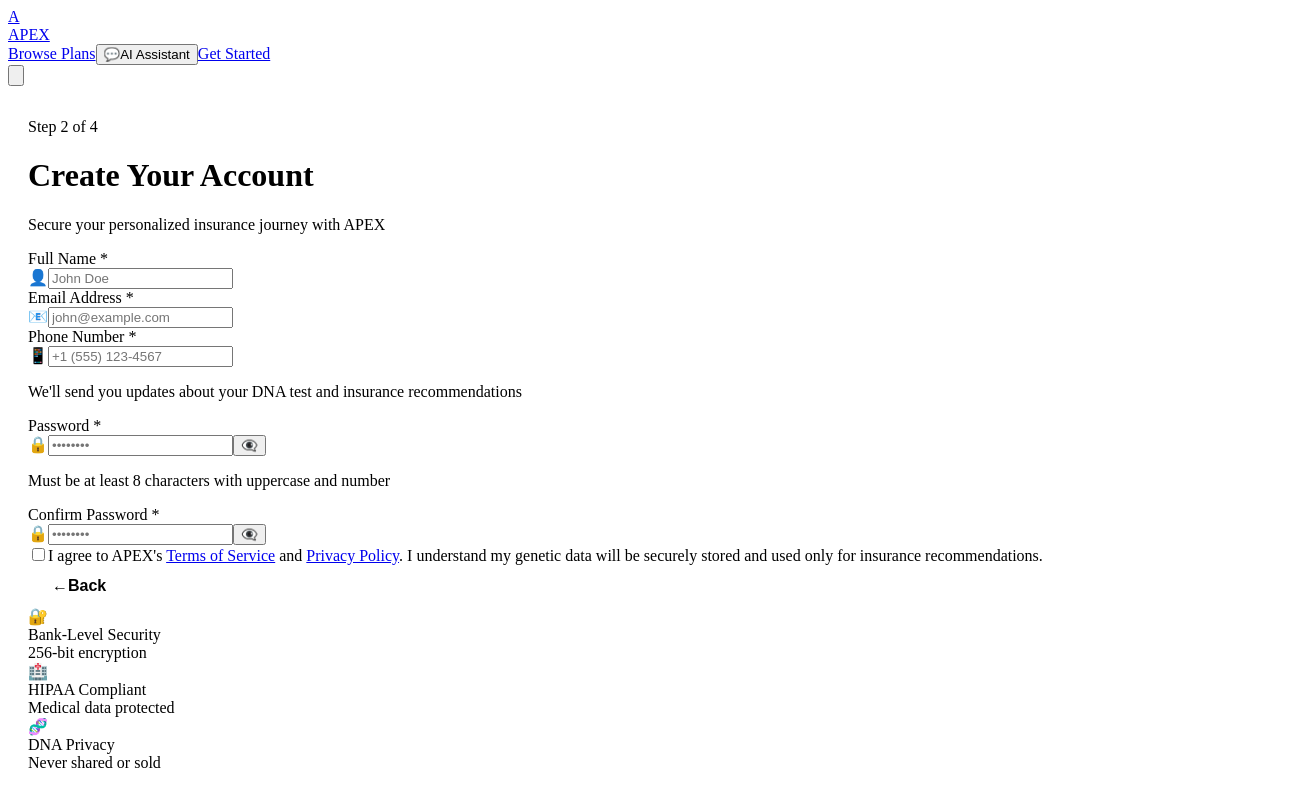
Repository: hmhhmm/Apex-AI-Driven-Insurance-Recommendation-System
Page: /onboarding/account (app in client/)
These files come from the project's save history. The page is drawn as it stood at one moment and after the next save; the edit follows.
The browser window is 1280 px wide. The page is 1312 px wide, so the pictures cover 1312 px, including what lies to the right of the window. The pictures show the whole page.
The project was rebuilt for these pictures with package versions that can differ from the ones it lists, and the page was loaded fresh each time. Also part of the build but not shown: client/src/components/chat/ChatHeader.tsx, client/src/components/chat/ChatMessages.tsx, client/src/components/chat/QuickActions.tsx, client/src/components/chat/ChatInput.tsx, client/src/components/landing/ParticleBackground.tsx, client/src/components/landing/AnimatedHero.tsx, client/src/components/landing/DashboardCard.tsx, client/src/pages/Landing.tsx and 11 more.

Above is the page before, as saved 2025-11-01 21:06:50.

### client/index.html
<!DOCTYPE html>
<html lang="en">
  <head>
    <meta charset="UTF-8" />
    <meta name="viewport" content="width=device-width, initial-scale=1.0" />
    <title>APEX</title>
  </head>
  <body>
    <div id="root"></div>
    <script type="module" src="/src/main.tsx"></script>
  </body>
</html>

### client/src/main.tsx
import React from 'react'
import { createRoot } from 'react-dom/client'
import App from './App'
import './styles.css'

const container = document.getElementById('root')!
const root = createRoot(container)
root.render(
  <React.StrictMode>
    <App />
  </React.StrictMode>
)

### client/src/store/authStore.ts
import { create } from 'zustand'
import { persist } from 'zustand/middleware'

interface User {
  id: string
  email: string
  name: string
  hasPurchased: boolean
  activePlans?: any[]
}

interface AuthState {
  user: User | null
  isAuthenticated: boolean
  login: (email: string, password: string) => Promise<void>
  signup: (email: string, password: string, name: string) => Promise<void>
  logout: () => void
}

export const useAuthStore = create<AuthState>()(
  persist(
    (set) => ({
      user: null,
      isAuthenticated: false,

      login: async (email, password) => {
        // Mock login - replace with real API call
        await new Promise(resolve => setTimeout(resolve, 1000))

        const mockUser: User = {
          id: '1',
          email,
          name: email.split('@')[0],
          hasPurchased: false,
        }

        set({ user: mockUser, isAuthenticated: true })
      },

      signup: async (email, password, name) => {
        // Mock signup - replace with real API call
        await new Promise(resolve => setTimeout(resolve, 1000))

        const mockUser: User = {
          id: Math.random().toString(36).substr(2, 9),
          email,
          name,
          hasPurchased: false,
        }

        set({ user: mockUser, isAuthenticated: true })
      },

      logout: () => {
        set({ user: null, isAuthenticated: false })
      },
    }),
    {
      name: 'apex-auth',
    }
  )
)

### client/src/hooks/useChatPanel.ts
import { useEffect } from 'react'
import { useLocation } from 'react-router-dom'
import { useChatPanelStore } from '../store/chatPanelStore'

export const useChatPanel = () => {
  const location = useLocation()
  const {
    isOpen,
    messages,
    isTyping,
    openChat,
    closeChat,
    toggleChat,
    sendMessage,
    setContext,
    markAsRead
  } = useChatPanelStore()

  // Update context when route changes
  useEffect(() => {
    setContext(location.pathname)
  }, [location.pathname, setContext])

  // Get unread message count
  const unreadCount = messages.filter(m => !m.read && m.type === 'bot').length

  return {
    isOpen,
    messages,
    isTyping,
    unreadCount,
    openChat,
    closeChat,
    toggleChat,
    sendMessage,
    markAsRead,
    currentPage: location.pathname,
  }
}

### client/src/hooks/useKeyboardShortcut.ts
import { useEffect } from 'react'

interface KeyboardShortcutOptions {
  key: string
  ctrlKey?: boolean
  metaKey?: boolean
  shiftKey?: boolean
  altKey?: boolean
  callback: () => void
}

export const useKeyboardShortcut = ({
  key,
  ctrlKey = false,
  metaKey = false,
  shiftKey = false,
  altKey = false,
  callback,
}: KeyboardShortcutOptions) => {
  useEffect(() => {
    const handleKeyDown = (event: KeyboardEvent) => {
      // Check if all modifier keys match
      const ctrlMatch = ctrlKey ? event.ctrlKey : !event.ctrlKey
      const metaMatch = metaKey ? event.metaKey : !event.metaKey
      const shiftMatch = shiftKey ? event.shiftKey : !event.shiftKey
      const altMatch = altKey ? event.altKey : !event.altKey

      // Check if key matches (case-insensitive)
      const keyMatch = event.key.toLowerCase() === key.toLowerCase()

      if (keyMatch && ctrlMatch && metaMatch && shiftMatch && altMatch) {
        event.preventDefault()
        callback()
      }
    }

    window.addEventListener('keydown', handleKeyDown)
    return () => window.removeEventListener('keydown', handleKeyDown)
  }, [key, ctrlKey, metaKey, shiftKey, altKey, callback])
}

// Specific hook for chat toggle (Cmd/Ctrl + K)
export const useChatToggleShortcut = (callback: () => void) => {
  useKeyboardShortcut({
    key: 'k',
    ctrlKey: true,
    metaKey: true, // Works for both Ctrl (Windows) and Cmd (Mac)
    callback,
  })
}

// Specific hook for closing chat (Escape)
export const useEscapeKey = (callback: () => void) => {
  useKeyboardShortcut({
    key: 'Escape',
    callback,
  })
}

### client/src/components/chat/ChatPanel.tsx
import { motion, AnimatePresence } from 'framer-motion'
import { useChatPanel } from '../../hooks/useChatPanel'
import { useEscapeKey } from '../../hooks/useKeyboardShortcut'
import ChatHeader from './ChatHeader'
import ChatMessages from './ChatMessages'
import QuickActions from './QuickActions'
import ChatInput from './ChatInput'

const ChatPanel = () => {
  const { isOpen, closeChat } = useChatPanel()

  // Close chat on Escape key
  useEscapeKey(closeChat)

  return (
    <AnimatePresence>
      {isOpen && (
        <>
          {/* Optional backdrop for focus - uncomment if desired */}
          {/* <motion.div
            initial={{ opacity: 0 }}
            animate={{ opacity: 1 }}
            exit={{ opacity: 0 }}
            onClick={closeChat}
            className="fixed inset-0 bg-black/20 z-30"
          /> */}

          {/* Chat Panel - Desktop */}
          <motion.aside
            initial={{ x: '100%' }}
            animate={{ x: 0 }}
            exit={{ x: '100%' }}
            transition={{
              type: 'spring',
              damping: 30,
              stiffness: 300,
              mass: 0.8
            }}
            className="hidden md:flex fixed right-0 top-16 h-[calc(100vh-4rem)] w-[25%] min-w-[300px] max-w-[500px] bg-zinc-950 border-l border-zinc-800 shadow-2xl shadow-black/50 z-40 flex-col"
          >
            <ChatHeader />
            <ChatMessages />
            <QuickActions />
            <ChatInput />
          </motion.aside>

          {/* Chat Panel - Mobile (Full Screen Overlay) */}
          <motion.div
            initial={{ y: '100%' }}
            animate={{ y: 0 }}
            exit={{ y: '100%' }}
            transition={{
              type: 'spring',
              damping: 30,
              stiffness: 300
            }}
            className="md:hidden fixed inset-0 top-16 bg-zinc-950 z-40 flex flex-col"
          >
            <ChatHeader />
            <ChatMessages />
            <QuickActions />
            <ChatInput />
          </motion.div>
        </>
      )}
    </AnimatePresence>
  )
}

export default ChatPanel

### client/src/pages/onboarding/AccountCreation.tsx
import { useState } from 'react'
import { useForm } from 'react-hook-form'
import { zodResolver } from '@hookform/resolvers/zod'
import { z } from 'zod'
import { motion } from 'framer-motion'
import { useOnboardingStore, type AccountCreationData } from '../../store/onboardingStore'
import { useNavigate } from 'react-router-dom'

// Validation schema
const accountSchema = z.object({
  fullName: z.string().min(3, 'Full name must be at least 3 characters'),
  email: z.string().email('Please enter a valid email address'),
  phone: z.string().regex(/^\+?[\d\s\-()]+$/, 'Please enter a valid phone number'),
  password: z.string().min(8, 'Password must be at least 8 characters')
    .regex(/[A-Z]/, 'Password must contain at least one uppercase letter')
    .regex(/[0-9]/, 'Password must contain at least one number'),
  confirmPassword: z.string(),
  agreeToTerms: z.boolean().refine(val => val === true, 'You must agree to the terms and conditions')
}).refine((data) => data.password === data.confirmPassword, {
  message: "Passwords don't match",
  path: ['confirmPassword']
})

type FormData = z.infer<typeof accountSchema>

export default function AccountCreation() {
  const navigate = useNavigate()
  const { saveAccountCreation, setCurrentStep, goToPreviousStep } = useOnboardingStore()
  const [showPassword, setShowPassword] = useState(false)
  const [showConfirmPassword, setShowConfirmPassword] = useState(false)

  const {
    register,
    handleSubmit,
    formState: { errors, isSubmitting }
  } = useForm<FormData>({
    resolver: zodResolver(accountSchema)
  })

  const onSubmit = async (data: FormData) => {
    // Simulate account creation
    await new Promise(resolve => setTimeout(resolve, 1000))

    const { confirmPassword, ...accountData } = data
    saveAccountCreation(accountData as AccountCreationData)
    setCurrentStep('dna-test-option')
    navigate('/onboarding/dna-test')
  }

  const handleBack = () => {
    goToPreviousStep()
    navigate('/onboarding/quick-assessment')
  }

  return (
    <div className="min-h-screen py-12 relative overflow-hidden">
      {/* Enhanced Background */}
      <div className="fixed inset-0 -z-10">
        <div className="absolute inset-0 bg-gradient-to-br from-[#0a0a0a] via-[#1a1a2e] to-[#0a0a0a]" />
        <motion.div
          className="absolute top-0 -left-1/4 w-1/2 h-1/2 bg-purple-500/20 rounded-full blur-[120px]"
          animate={{ scale: [1, 1.2, 1], opacity: [0.3, 0.5, 0.3] }}
          transition={{ duration: 8, repeat: Infinity, ease: "easeInOut" }}
        />
        <motion.div
          className="absolute top-1/4 -right-1/4 w-1/2 h-1/2 bg-blue-500/20 rounded-full blur-[120px]"
          animate={{ scale: [1.2, 1, 1.2], opacity: [0.4, 0.6, 0.4] }}
          transition={{ duration: 10, repeat: Infinity, ease: "easeInOut" }}
        />
        <div className="absolute inset-0 bg-[linear-gradient(rgba(255,255,255,0.02)_1px,transparent_1px),linear-gradient(90deg,rgba(255,255,255,0.02)_1px,transparent_1px)] bg-[size:100px_100px] [mask-image:radial-gradient(ellipse_80%_50%_at_50%_50%,black,transparent)]" />
      </div>

      <div className="max-w-2xl mx-auto px-4 sm:px-6 lg:px-8 relative z-10">

        {/* Header */}
        <motion.div
          initial={{ opacity: 0, y: 20 }}
          animate={{ opacity: 1, y: 0 }}
          className="text-center mb-12"
        >
          <motion.div
            initial={{ scale: 0 }}
            animate={{ scale: 1 }}
            transition={{ type: "spring", stiffness: 100, delay: 0.2 }}
            className="inline-block mb-6"
          >
            <div className="px-4 py-2 bg-blue-500/10 text-blue-400 rounded-full text-sm font-semibold border border-blue-500/20 backdrop-blur-xl">
              Step 2 of 4
            </div>
          </motion.div>
          <h1 className="text-4xl md:text-6xl font-light mb-4">
            Create Your <span className="font-normal bg-gradient-to-r from-blue-400 to-purple-400 bg-clip-text text-transparent">Account</span>
          </h1>
          <p className="text-xl text-gray-400 max-w-2xl mx-auto">
            Secure your personalized insurance journey with APEX
          </p>

          {/* Progress Bar */}
          <div className="mt-8 w-full bg-zinc-900 rounded-full h-2">
            <div className="bg-gradient-to-r from-blue-600 to-purple-600 h-2 rounded-full transition-all duration-500" style={{ width: '50%' }}></div>
          </div>
        </motion.div>

        {/* Form */}
        <motion.form
          initial={{ opacity: 0, y: 20 }}
          animate={{ opacity: 1, y: 0 }}
          transition={{ delay: 0.2 }}
          onSubmit={handleSubmit(onSubmit)}
          className="card space-y-6"
        >
          {/* Full Name */}
          <div>
            <label className="block text-sm font-medium text-gray-300 mb-2">
              Full Name <span className="text-red-500">*</span>
            </label>
            <div className="relative">
              <span className="absolute left-4 top-1/2 -translate-y-1/2 text-gray-500 text-xl">
                👤
              </span>
              <input
                type="text"
                {...register('fullName')}
                className="w-full pl-12 pr-4 py-3 bg-zinc-900 border border-zinc-800 rounded-lg focus:ring-2 focus:ring-blue-500 focus:border-transparent text-white placeholder-gray-500"
                placeholder="John Doe"
              />
            </div>
            {errors.fullName && (
              <p className="mt-1 text-sm text-red-500">{errors.fullName.message}</p>
            )}
          </div>

          {/* Email */}
          <div>
            <label className="block text-sm font-medium text-gray-300 mb-2">
              Email Address <span className="text-red-500">*</span>
            </label>
            <div className="relative">
              <span className="absolute left-4 top-1/2 -translate-y-1/2 text-gray-500 text-xl">
                📧
              </span>
              <input
                type="email"
                {...register('email')}
                className="w-full pl-12 pr-4 py-3 bg-zinc-900 border border-zinc-800 rounded-lg focus:ring-2 focus:ring-blue-500 focus:border-transparent text-white placeholder-gray-500"
                placeholder="john@example.com"
              />
            </div>
            {errors.email && (
              <p className="mt-1 text-sm text-red-500">{errors.email.message}</p>
            )}
          </div>

          {/* Phone */}
          <div>
            <label className="block text-sm font-medium text-gray-300 mb-2">
              Phone Number <span className="text-red-500">*</span>
            </label>
            <div className="relative">
              <span className="absolute left-4 top-1/2 -translate-y-1/2 text-gray-500 text-xl">
                📱
              </span>
              <input
                type="tel"
                {...register('phone')}
                className="w-full pl-12 pr-4 py-3 bg-zinc-900 border border-zinc-800 rounded-lg focus:ring-2 focus:ring-blue-500 focus:border-transparent text-white placeholder-gray-500"
                placeholder="+1 (555) 123-4567"
              />
            </div>
            {errors.phone && (
              <p className="mt-1 text-sm text-red-500">{errors.phone.message}</p>
            )}
            <p className="mt-1 text-xs text-gray-500">We'll send you updates about your DNA test and insurance recommendations</p>
          </div>

          {/* Password */}
          <div>
            <label className="block text-sm font-medium text-gray-300 mb-2">
              Password <span className="text-red-500">*</span>
            </label>
            <div className="relative">
              <span className="absolute left-4 top-1/2 -translate-y-1/2 text-gray-500 text-xl">
                🔒
              </span>
              <input
                type={showPassword ? 'text' : 'password'}
                {...register('password')}
                className="w-full pl-12 pr-12 py-3 bg-zinc-900 border border-zinc-800 rounded-lg focus:ring-2 focus:ring-blue-500 focus:border-transparent text-white placeholder-gray-500"
                placeholder="••••••••"
              />
              <button
                type="button"
                onClick={() => setShowPassword(!showPassword)}
                className="absolute right-4 top-1/2 -translate-y-1/2 text-gray-500 hover:text-gray-300"
              >
                {showPassword ? '👁️' : '👁️‍🗨️'}
              </button>
            </div>
            {errors.password && (
              <p className="mt-1 text-sm text-red-500">{errors.password.message}</p>
            )}
            <p className="mt-1 text-xs text-gray-500">Must be at least 8 characters with uppercase and number</p>
          </div>

          {/* Confirm Password */}
          <div>
            <label className="block text-sm font-medium text-gray-300 mb-2">
              Confirm Password <span className="text-red-500">*</span>
            </label>
            <div className="relative">
              <span className="absolute left-4 top-1/2 -translate-y-1/2 text-gray-500 text-xl">
                🔒
              </span>
              <input
                type={showConfirmPassword ? 'text' : 'password'}
                {...register('confirmPassword')}
                className="w-full pl-12 pr-12 py-3 bg-zinc-900 border border-zinc-800 rounded-lg focus:ring-2 focus:ring-blue-500 focus:border-transparent text-white placeholder-gray-500"
                placeholder="••••••••"
              />
              <button
                type="button"
                onClick={() => setShowConfirmPassword(!showConfirmPassword)}
                className="absolute right-4 top-1/2 -translate-y-1/2 text-gray-500 hover:text-gray-300"
              >
                {showConfirmPassword ? '👁️' : '👁️‍🗨️'}
              </button>
            </div>
            {errors.confirmPassword && (
              <p className="mt-1 text-sm text-red-500">{errors.confirmPassword.message}</p>
            )}
          </div>

          {/* Terms and Conditions */}
          <div className="pt-4 border-t border-zinc-800">
            <label className="flex items-start gap-3 cursor-pointer group">
              <input
                type="checkbox"
                {...register('agreeToTerms')}
                className="mt-1 w-5 h-5 rounded border-zinc-700 bg-zinc-900 text-blue-600 focus:ring-2 focus:ring-blue-500"
              />
              <span className="text-sm text-gray-400 group-hover:text-gray-300">
                I agree to APEX's{' '}
                <a href="/terms" className="text-blue-400 hover:text-blue-300 underline">
                  Terms of Service
                </a>{' '}
                and{' '}
                <a href="/privacy" className="text-blue-400 hover:text-blue-300 underline">
                  Privacy Policy
                </a>
                . I understand my genetic data will be securely stored and used only for insurance recommendations.
              </span>
            </label>
            {errors.agreeToTerms && (
              <p className="mt-2 text-sm text-red-500">{errors.agreeToTerms.message}</p>
            )}
          </div>

          {/* Action Buttons */}
          <div className="flex justify-between items-center pt-6 border-t border-zinc-800">
            <button
              type="button"
              onClick={handleBack}
              className="btn-secondary flex items-center gap-2"
            >
              <span>←</span>
              Back
            </button>

            <button
              type="submit"
              disabled={isSubmitting}
              className="btn-primary flex items-center gap-2 disabled:opacity-50 disabled:cursor-not-allowed"
            >
              {isSubmitting ? (
                <>
                  <span className="inline-block animate-spin">⚙️</span>
                  Creating Account...
                </>
              ) : (
                <>
                  Create Account
                  <span>→</span>
                </>
              )}
            </button>
          </div>
        </motion.form>

        {/* Security Features */}
        <motion.div
          initial={{ opacity: 0 }}
          animate={{ opacity: 1 }}
          transition={{ delay: 0.4 }}
          className="mt-8 grid md:grid-cols-3 gap-4"
        >
          <div className="bg-zinc-950 border border-zinc-800/50 rounded-xl p-4 text-center">
            <div className="text-2xl mb-2">🔐</div>
            <div className="text-xs font-semibold text-gray-300 mb-1">Bank-Level Security</div>
            <div className="text-xs text-gray-500">256-bit encryption</div>
          </div>
          <div className="bg-zinc-950 border border-zinc-800/50 rounded-xl p-4 text-center">
            <div className="text-2xl mb-2">🏥</div>
            <div className="text-xs font-semibold text-gray-300 mb-1">HIPAA Compliant</div>
            <div className="text-xs text-gray-500">Medical data protected</div>
          </div>
          <div className="bg-zinc-950 border border-zinc-800/50 rounded-xl p-4 text-center">
            <div className="text-2xl mb-2">🧬</div>
            <div className="text-xs font-semibold text-gray-300 mb-1">DNA Privacy</div>
            <div className="text-xs text-gray-500">Never shared or sold</div>
          </div>
        </motion.div>
      </div>
    </div>
  )
}

### client/src/components/chat/ChatToggleButton.tsx
import { useChatPanel } from '../../hooks/useChatPanel'

const ChatToggleButton = () => {
  const { isOpen, toggleChat, unreadCount } = useChatPanel()

  return (
    <button
      onClick={toggleChat}
      className="relative flex items-center gap-2 px-4 py-2 bg-gradient-to-r from-blue-600 to-purple-600 text-white rounded-lg hover:shadow-lg hover:shadow-blue-500/50 transition-all duration-300"
      title="Toggle AI Assistant (Cmd/Ctrl + K)"
    >
      <span className="text-xl">💬</span>
      <span className="hidden sm:inline font-medium">AI Assistant</span>

      {!isOpen && unreadCount > 0 && (
        <span className="absolute -top-1 -right-1 w-5 h-5 bg-red-500 rounded-full text-xs flex items-center justify-center font-bold animate-pulse">
          {unreadCount}
        </span>
      )}
    </button>
  )
}

export default ChatToggleButton

Loaded but not shown: client/src/styles.css (704 lines, source omitted); client/src/components/layout/Navigation.tsx (172 lines, source omitted); client/src/store/chatPanelStore.ts (182 lines, source omitted); client/src/store/onboardingStore.ts (172 lines, source omitted); client/src/App.tsx (89 lines, source omitted)

After the next save:
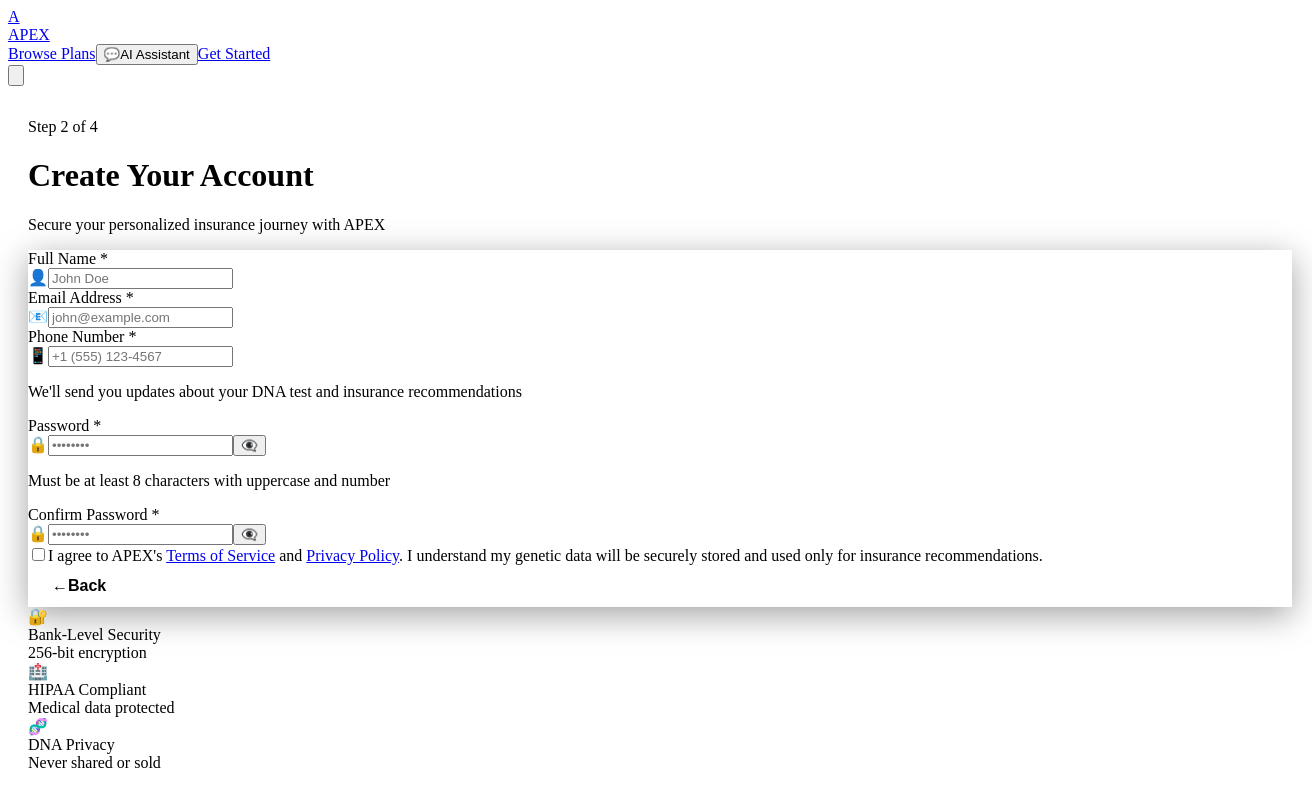
Saved 13 s later.
--- a/client/src/pages/onboarding/AccountCreation.tsx
+++ b/client/src/pages/onboarding/AccountCreation.tsx
@@ -107,7 +107,8 @@
           animate={{ opacity: 1, y: 0 }}
           transition={{ delay: 0.2 }}
           onSubmit={handleSubmit(onSubmit)}
-          className="card space-y-6"
+          className="backdrop-blur-2xl bg-gradient-to-br from-white/[0.07] to-white/[0.02] border border-white/10 rounded-3xl p-8 space-y-6"
+          style={{ boxShadow: '0 8px 32px 0 rgba(0, 0, 0, 0.37)' }}
         >
           {/* Full Name */}
           <div>
